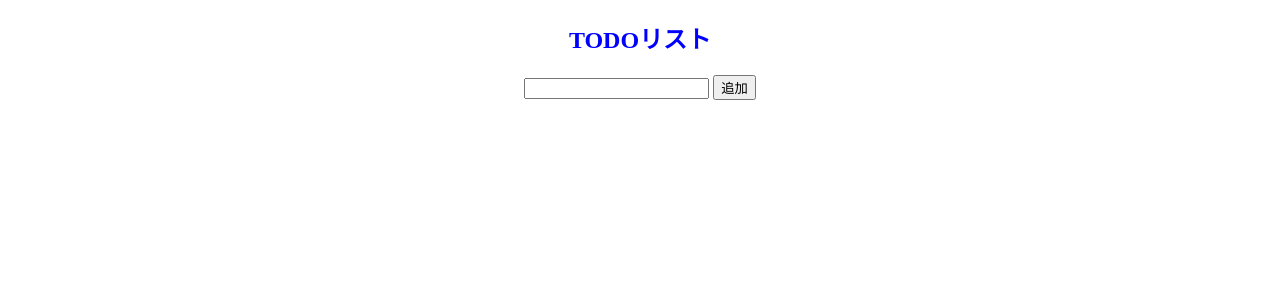
Repository: kntb2565/todolist
Page: src/index.html
An editor plug-in stored every save of this project. The page is shown before and after the next save, followed by the edit.
The browser window is 1280 px wide. The pictures show the whole page.

Above is the page before, as saved 2018-10-22 10:58:27.

After the next save:
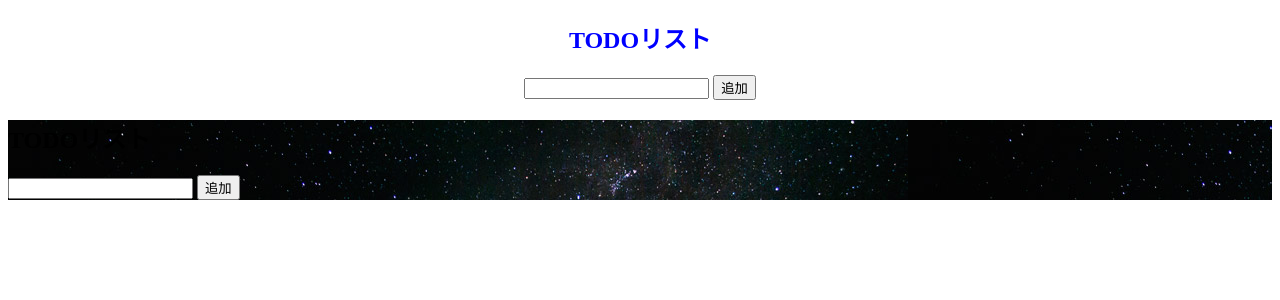
Saved 26 min 9 s later.
--- a/src/index.html
+++ b/src/index.html
@@ -12,3 +12,8 @@
         <input type="text" />
         <input type="button" value="追加" />
 </section>
+<section class="todo1">
+    <h1>TODOリスト</h1>
+    <input type="text" />
+    <input type="button" value="追加" />
+</section>
